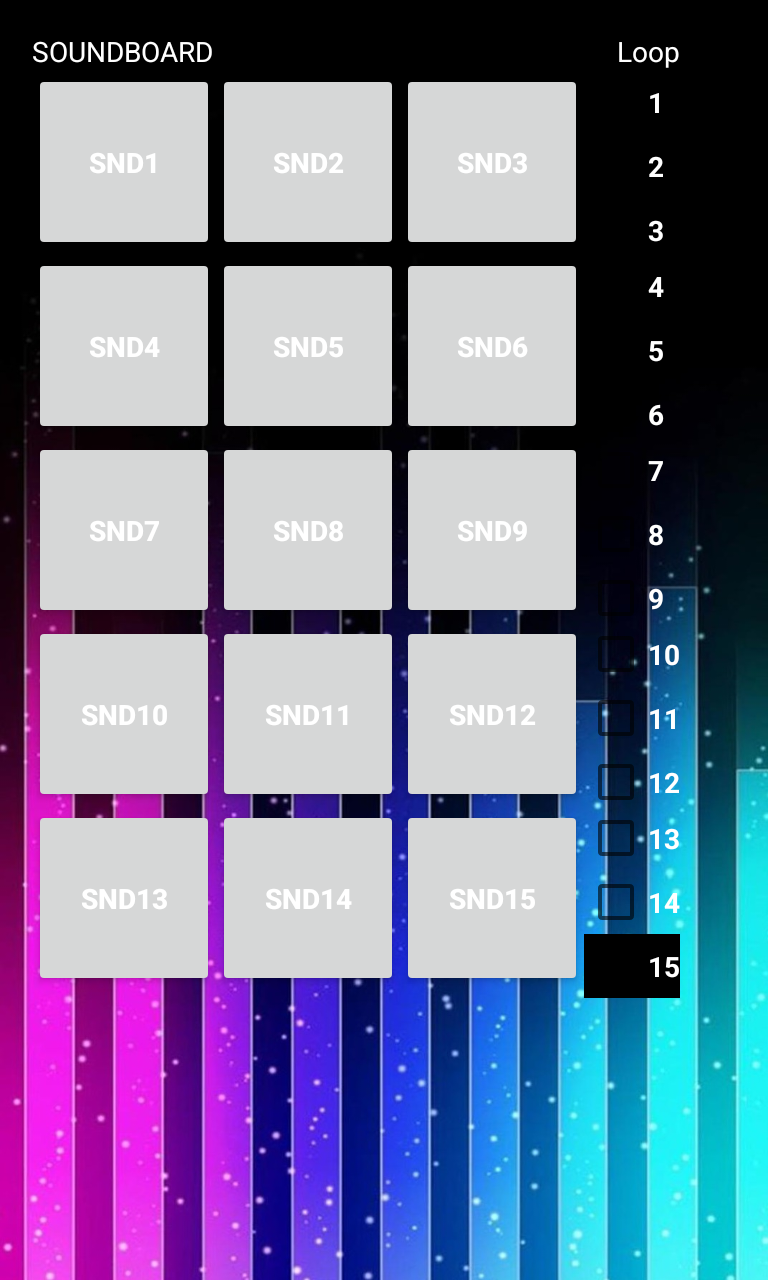
Repository: SoundBoardJAMJ/Project
Layout: workspace/SoundBoard/res/layout/defboard.xml
An editor plug-in stored every save of this project. The layout is shown before and after the next save, followed by the edit.
It is drawn on a 768 x 1280 px phone screen (xhdpi) without system bars, with theme AppTheme; the app's code is not run.

Above is the layout before, as saved 2014-05-02 07:21:54.

After the next save:
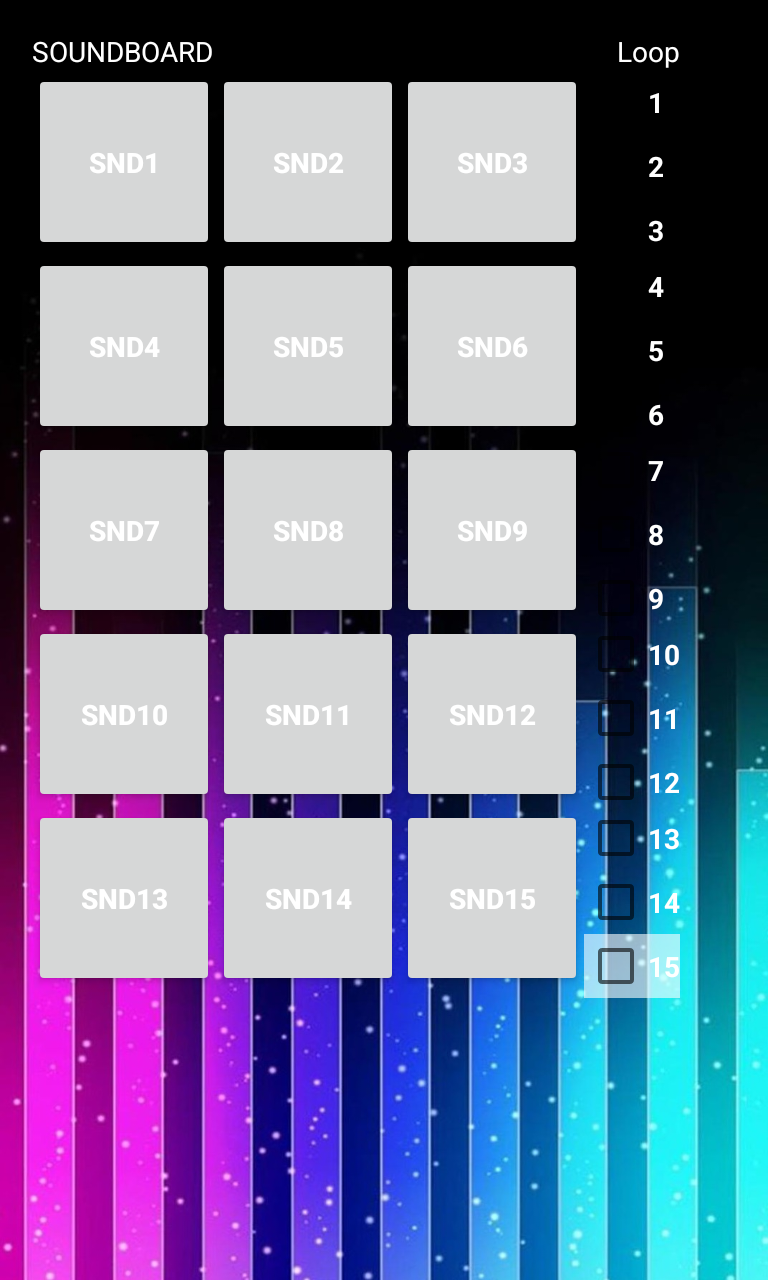
Saved 35 s later.
--- a/workspace/SoundBoard/res/layout/defboard.xml
+++ b/workspace/SoundBoard/res/layout/defboard.xml
@@ -386,7 +386,7 @@ android:layout_height="match_parent" >
         android:textColor="@android:color/white"
         android:alpha="1.0"
         android:textStyle="bold"
-        android:background="#FF000000"
+        android:background="#99FFFFFF"
         android:text="15" />
 
     <TextView
